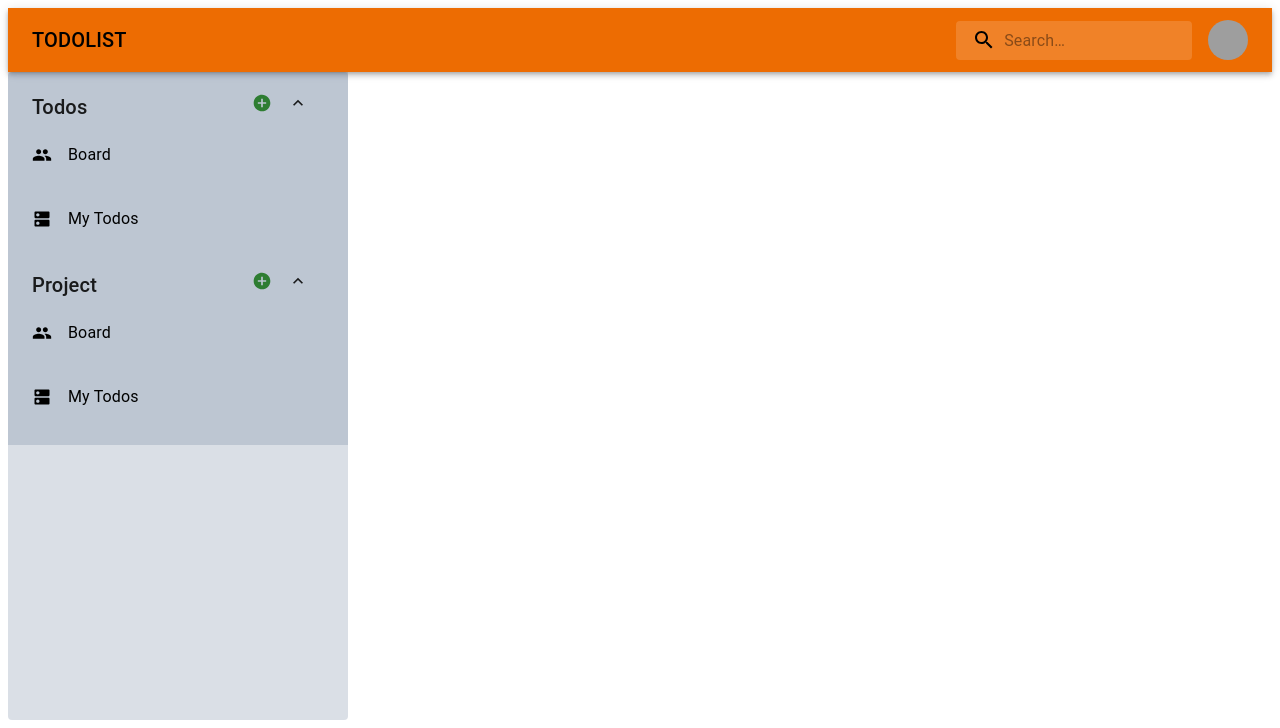
Repository: HrishrathTBS/Trackerbea
Page: / (app in client/)
An editor plug-in stored every save of this project. The page is shown before and after the next save, followed by the edit.
The browser window is 1280 px wide. The pictures show the whole page.
Pictures or frames that could not be fetched are drawn as grey boxes. The project was rebuilt for these pictures with package versions that can differ from the ones it lists, and the page was loaded fresh each time. Also part of the build but not shown: client/src/components/TodoList.js, client/src/components/Board.js, client/src/components/ListOfBar.js, client/src/components/MyTodos.js.

Above is the page before, as saved 2022-03-09 17:14:59.

After the next save:
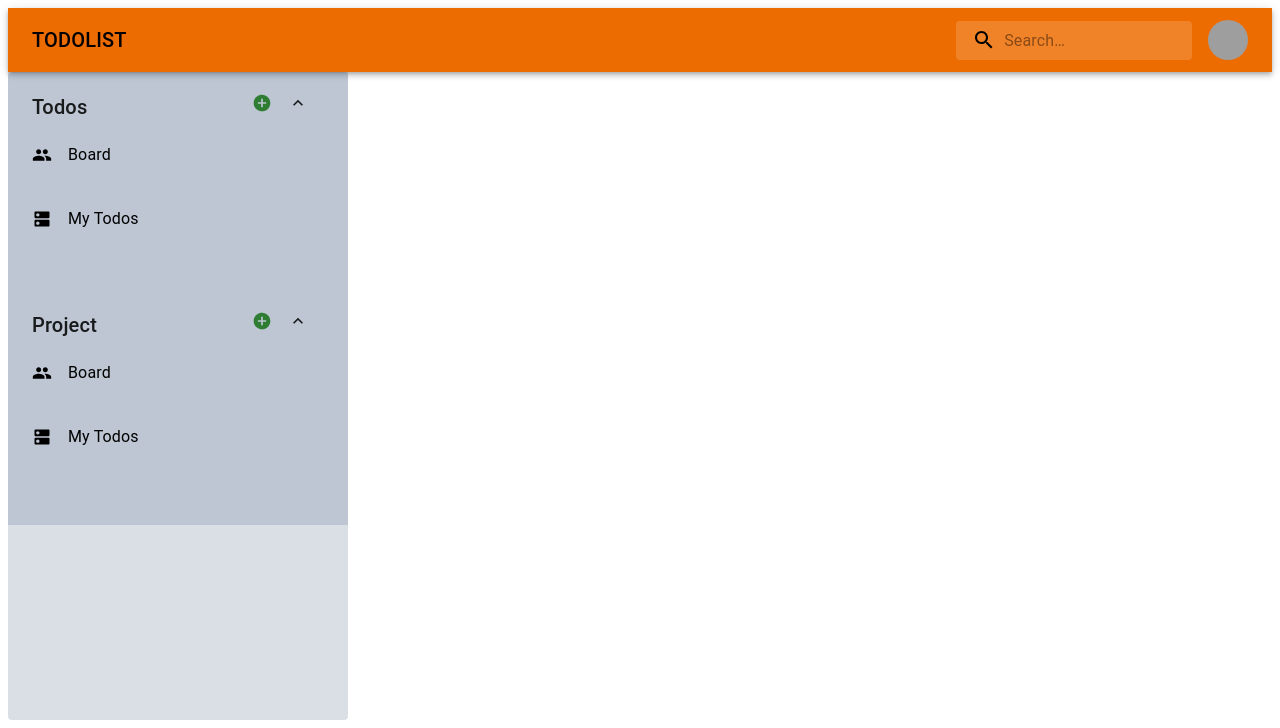
Saved 9 min 43 s later.
--- a/client/src/components/ListItem.js
+++ b/client/src/components/ListItem.js
@@ -9,8 +9,11 @@
 const data = [
   { icon: <People />, label: 'Board', link: '/board' },
   { icon: <Dns />, label: 'My Todos ', link: '/mytodos' },
+  [
+    { icon: <People />, label: 'Board', link: '/board' },
+    { icon: <Dns />, label: 'My Todos ', link: '/mytodos' },
+  ],
 ];
-
 const ListItem = ({ primary }) => {
   const [open, setOpen] = React.useState(true);
   return (

After the save that followed:
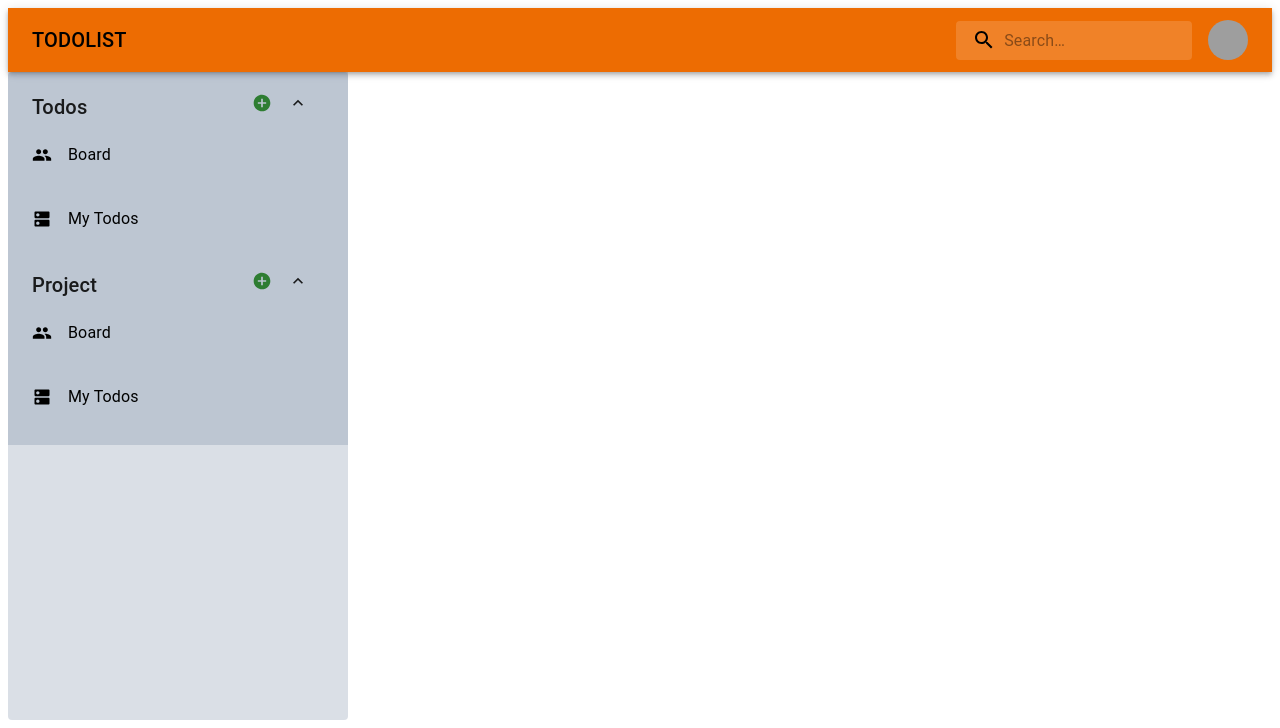
Saved 71 s later.
--- a/client/src/components/ListItem.js
+++ b/client/src/components/ListItem.js
@@ -9,11 +9,8 @@
 const data = [
   { icon: <People />, label: 'Board', link: '/board' },
   { icon: <Dns />, label: 'My Todos ', link: '/mytodos' },
-  [
-    { icon: <People />, label: 'Board', link: '/board' },
-    { icon: <Dns />, label: 'My Todos ', link: '/mytodos' },
-  ],
 ];
+
 const ListItem = ({ primary }) => {
   const [open, setOpen] = React.useState(true);
   return (
